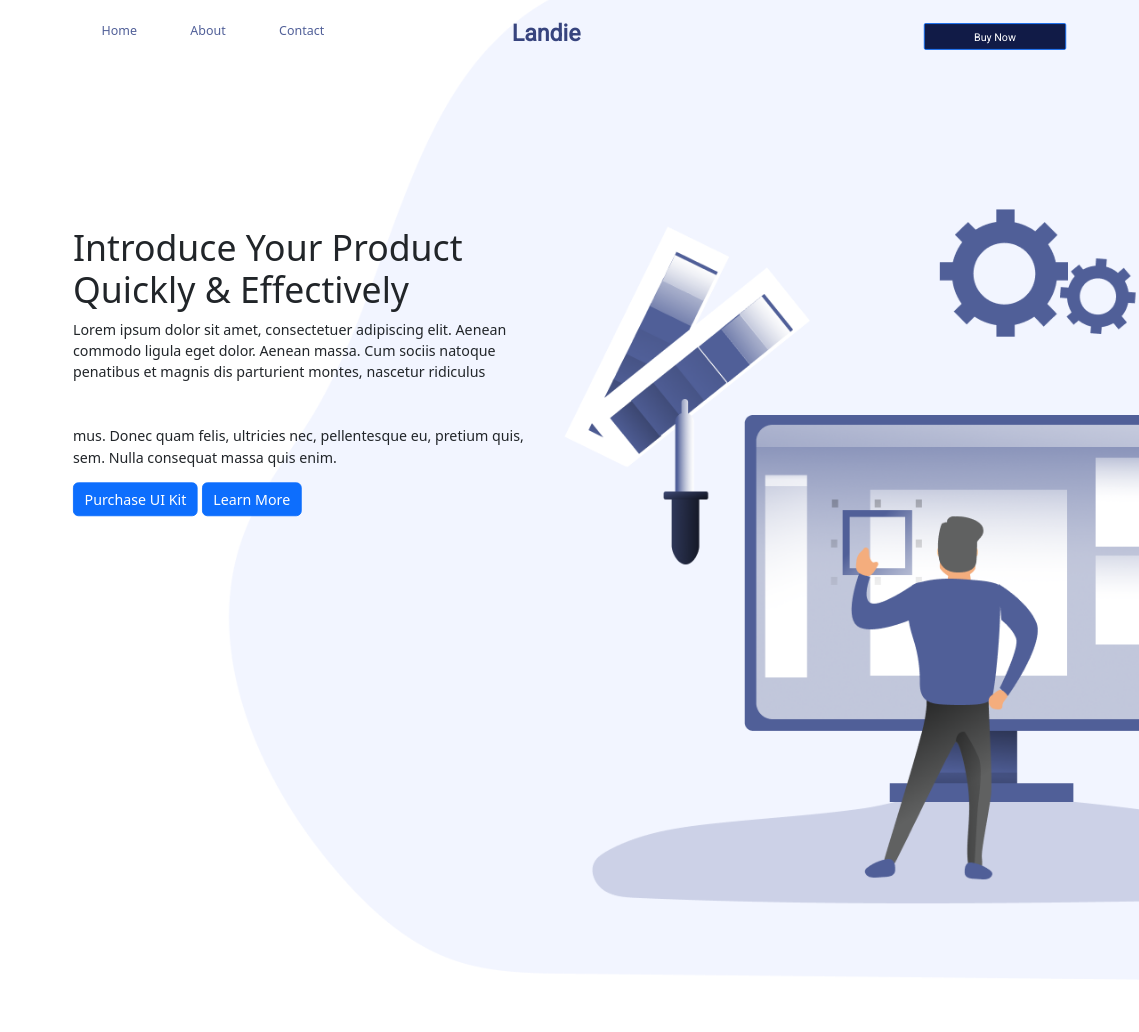
Repository: batonAnton/HW-Lec12-sass-pug
Page: index.html
These files come from the project's save history. The page is drawn as it stood at one moment and after the next save; the edit follows.
The browser window is 1280 px wide. The pictures show the whole page, at 89% of full size.
The style sheet was rebuilt from its Sass, Less or Tailwind sources for each picture, by a compiler version that may differ from the author's.

Above is the page before, as saved 2022-07-29 15:58:31.

After the next save:
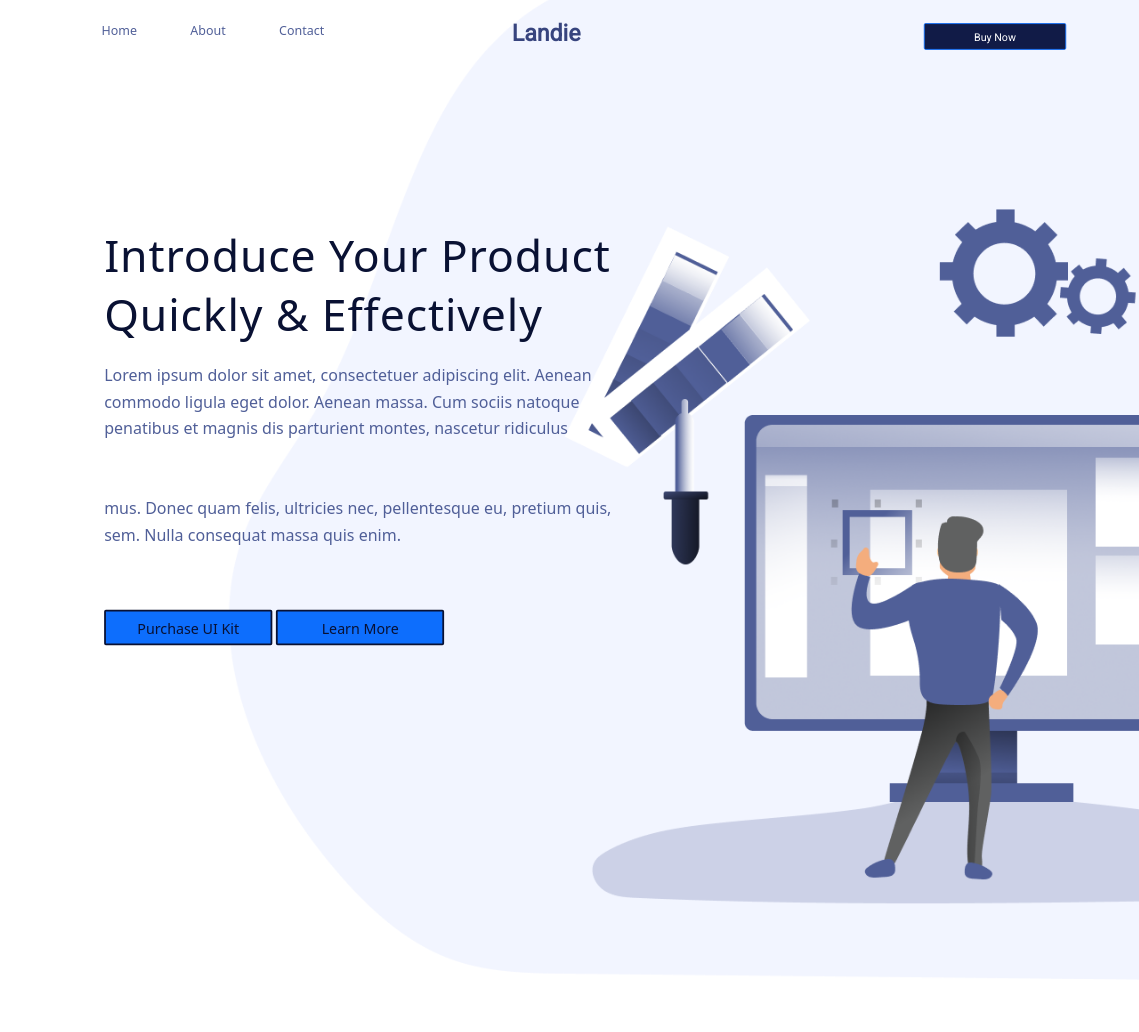
Saved 3 min 47 s later.
--- a/css/style.scss
+++ b/css/style.scss
@@ -71,5 +71,35 @@ header {
 //   left-block header
   .leftBlock{
       margin-top: 190px;
+      margin-left: 35px;
+      h1{
+        font-weight: 500;
+        font-size: 50px;
+        line-height: 66px;
+        letter-spacing: 1px;
+        color: #091133;
+        margin-bottom: 20px;
+      }
+      p{
+        font-style: normal;
+        font-weight: 400;
+        font-size: 18px;
+        line-height: 30px;
+        color: #505F98;
+        margin-bottom: 69px;
+      }
+
+      .btn-primary{
+        width: 189px;
+        height: 40px;
+        border: 2px solid #091133;
+        border-radius: 2px;
+        font-style: normal;
+        font-weight: 500;
+        font-size: 16px;
+        line-height: 26px;
+        color: #091133;
+
+      }
   }
 }
